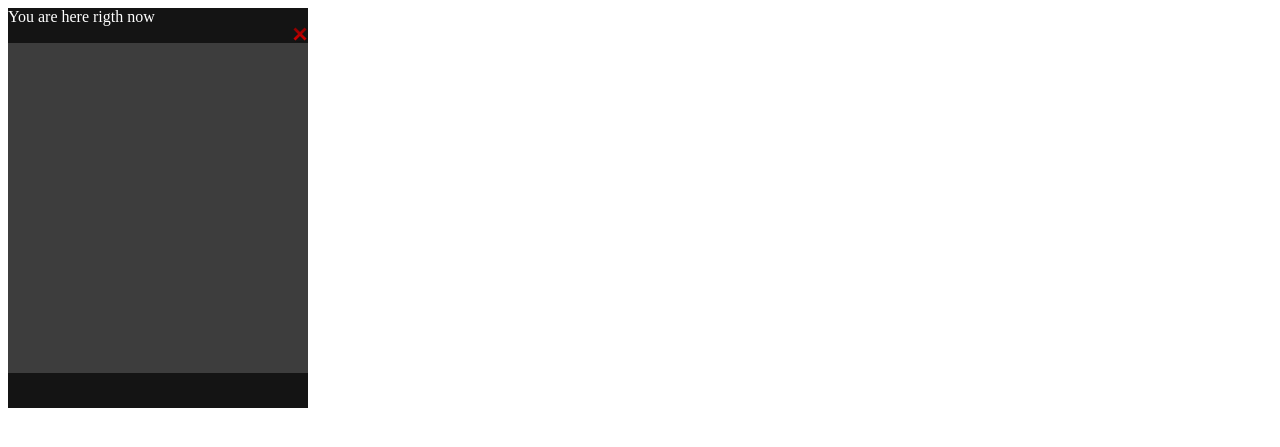
Repository: KevinUd2014/Kn222gn-laborations-Repo-1dv403
Page: 5-PWD-Projektet/Index.html
The author's editor kept a record of every edit. The page is drawn from the files as they stood at one moment, then again after the next edit.
The browser window is 1280 px wide. The pictures show the whole page.

Above is the page before.

After the next edit:
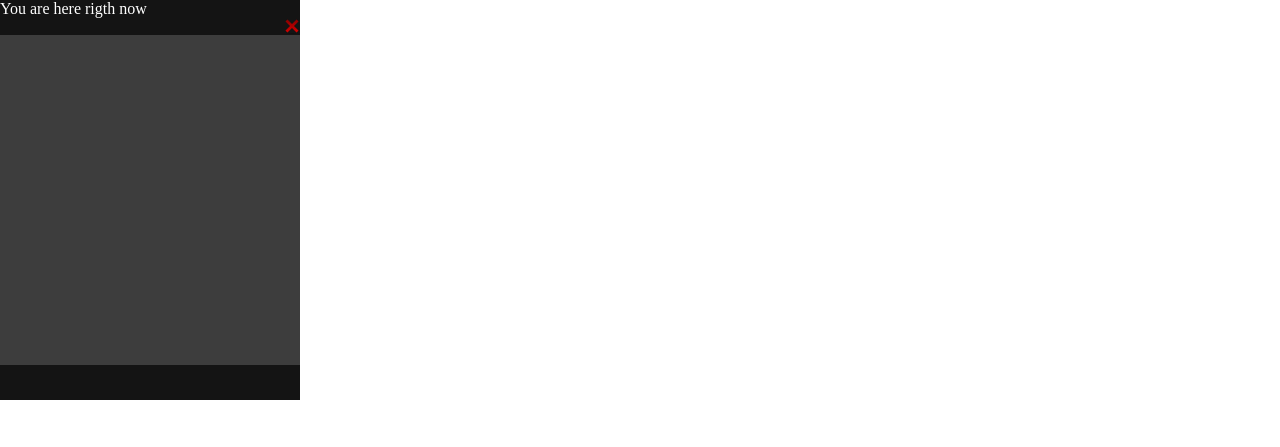
The edit:
--- a/5-PWD-Projektet/Css.css
+++ b/5-PWD-Projektet/Css.css
@@ -1,4 +1,4 @@
-html
+body, html
 {
     padding:0;
     margin:0;
